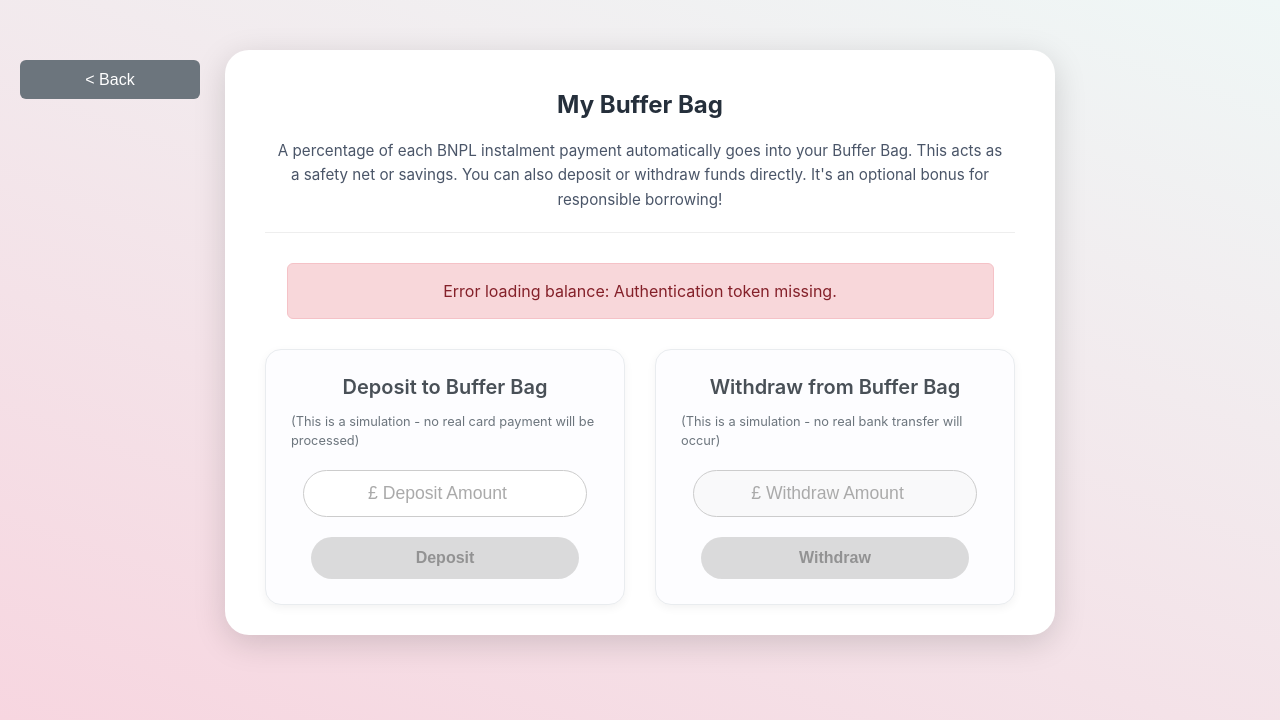
Repository: aab232/https---github.com-aab232-Deferred-Payment-Platform
Page: /buffer-bag (app in frontend/)
An editor plug-in stored every save of this project. The page is shown before and after the next save, followed by the edit.
The browser window is 1280 px wide. The pictures show the whole page.
The project was rebuilt for these pictures with package versions that can differ from the ones it lists, and the page was loaded fresh each time. Also part of the build but not shown: frontend/src/components/Home.js, frontend/src/components/Register.js, frontend/src/components/Login.js, frontend/src/components/Main.css, frontend/src/components/Main.js, frontend/src/components/Settings.js, frontend/src/components/Privacy.js, frontend/src/components/ContactUs.js and 7 more.

Above is the page before, as saved 2025-05-08 01:57:59.

After the next save:
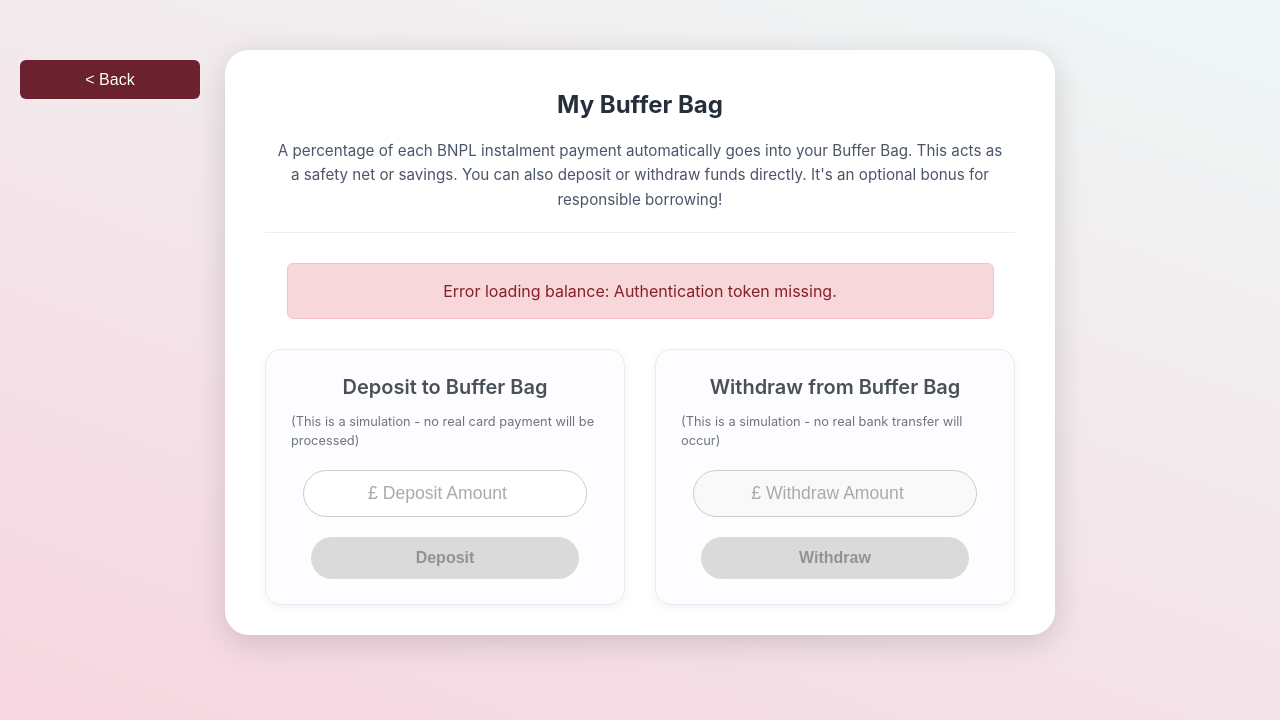
Saved 33 s later.
--- a/frontend/src/components/BufferBag.css
+++ b/frontend/src/components/BufferBag.css
@@ -179,7 +179,7 @@
 .back-button {
    /* display: block; */ /* Re-evaluate if needed with current structure */
    margin: 40px auto 10px auto !important; /* Ensure it's centered with margin */
-   background-color: #6c757d !important; /* Secondary color */
+   background-color: #6b212e !important; /* Secondary color */
    color: white !important;
    min-width: 180px;
 }
